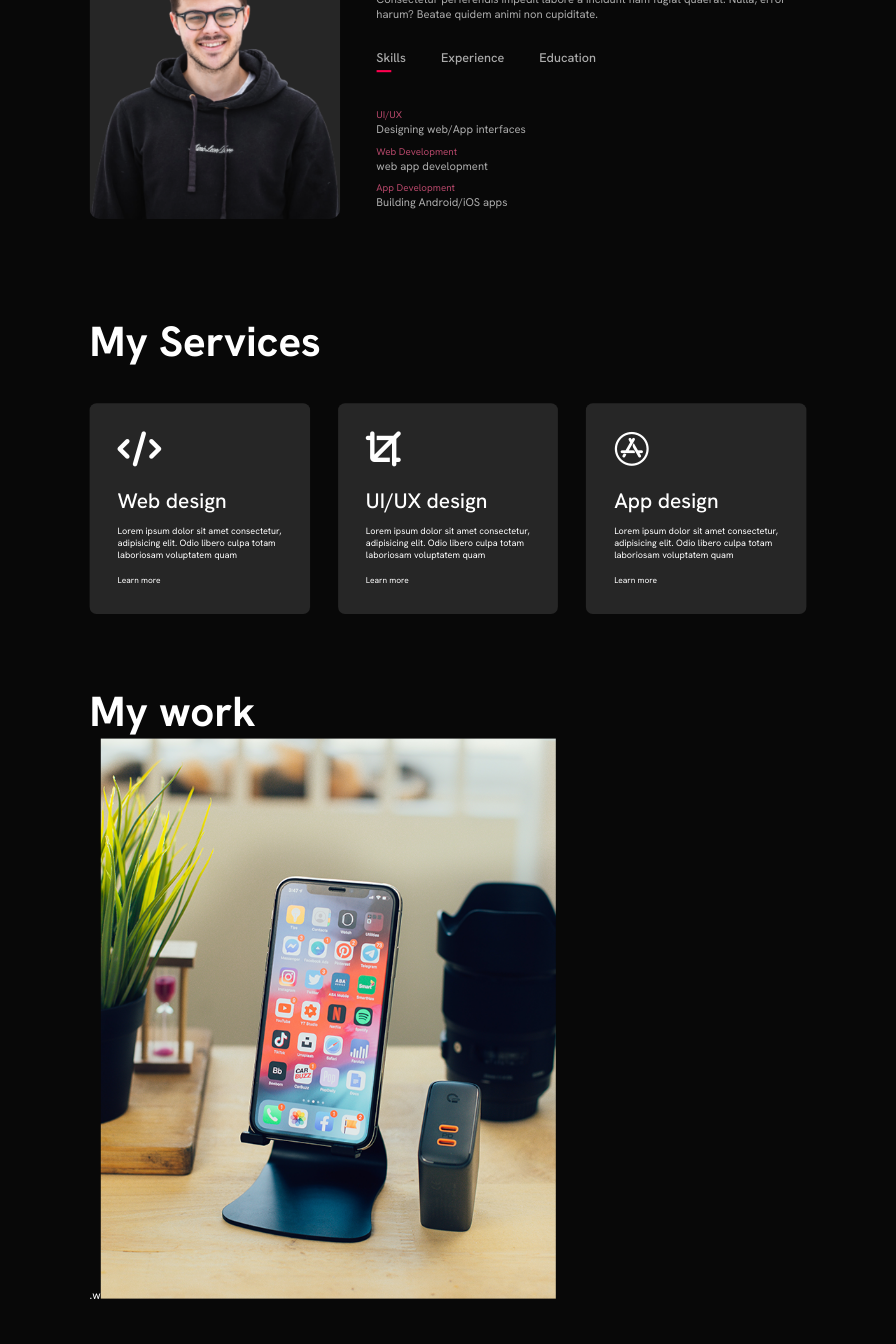
Repository: devsajid/Portfolio-website-with-HTML-CSS-JS
Page: index.html
An editor plug-in stored every save of this project. The page is shown before and after a run of saves, followed by the edit.
The browser window is 1280 px wide. The pictures show the part of the page from y = 963 to 2883 px (the page is 2883 px tall), at 70% of full size.

Above is the page before, as saved 2022-12-26 09:01:24.

After the next 3 saves:
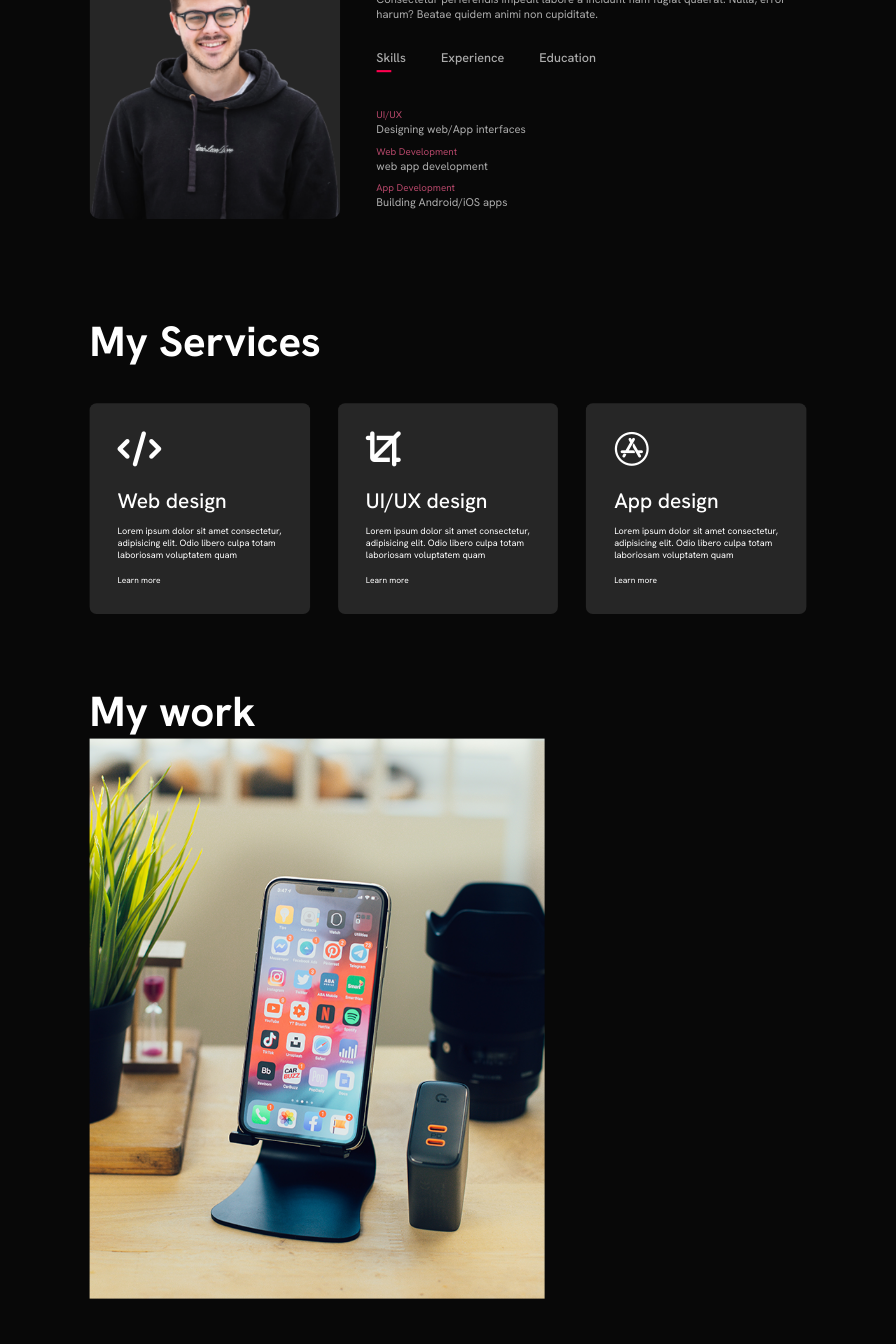
The 3 saves are shown as one change because they came seconds apart.
The last was saved 3 s later.
--- a/index.html
+++ b/index.html
@@ -150,7 +150,8 @@
       <div class="container">
         <h1 class="sub-title">My work</h1>
         <div class="work-list">
-          .w<img src="images/work-1.png" alt="mywork" />
+          <div class="work"></div>
+          <img src="images/work-1.png" alt="mywork" />
         </div>
       </div>
     </div>
